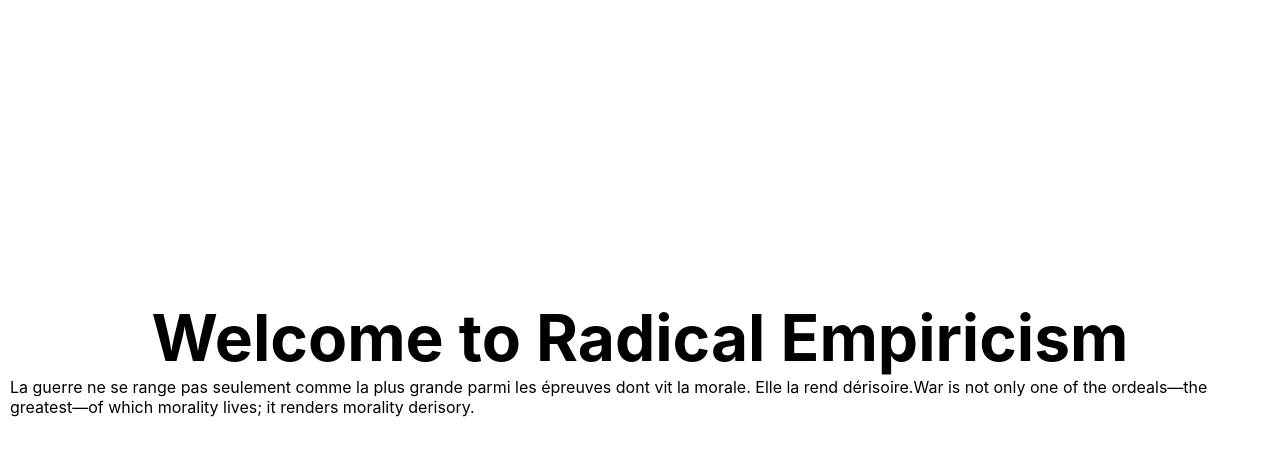
Repository: mcverter/EthicalPataphysicsOfAnarchism
Page: / (app in RadicalEmpiricism/src/nextjs/)
An editor plug-in stored every save of this project. The page is shown before and after the next save, followed by the edit.
The browser window is 1280 px wide. The pictures show the whole page.
The project was rebuilt for these pictures with package versions that can differ from the ones it lists, and the page was loaded fresh each time. The framework's server and built-in components were replaced by stand-ins that run in the browser. Also part of the build but not shown: RadicalEmpiricism/src/nextjs/components/TranslationCell.jsx.

Above is the page before, as saved 2022-01-08 18:22:50.

### RadicalEmpiricism/src/nextjs/pages/index.js
import React, { useEffect, useState } from "react";
import Head from "next/head";
import styles from "../styles/Home.module.css";
import axios from "axios";
import { tiFrench } from "../data/sentences/TIFrenchSentences";
import { tiEnglish } from "../data/sentences/TIEnglishSentences";
import { TranslationRow } from "../components/TranslationCell";

let ROOT_URL = "http://localhost:8080/src/data/sentences/";
let TIFrenchSentences, TIEnglishSentences;

export default function Home() {
  //useEffect(() => fetchSentences());
  const [frenchTISentences, setFrenchTISentences] = useState(
    tiFrench.split("\n")
  );
  const [englishTISentences, setEnglishTISentences] = useState(
    tiEnglish.split("\n")
  );
  console.log(tiFrench, frenchTISentences);
  console.log(tiEnglish, englishTISentences);

  const fetchSentences = () => {
    axios({
      headers: { "Access-Control-Allow-Origin": "*" },
      method: "get",
      url: `${ROOT_URL}TIFrenchSentences.txt`,
    })
      .then(function (response) {
        TIFrenchSentences = response.data.split("\n");
        setFrenchTISentences(TIFrenchSentences);
        debugger;
      })
      .catch((err) => console.error("err", err));
    axios({
      headers: { "Access-Control-Allow-Origin": "*" },
      method: "get",
      url: `${ROOT_URL}TIEnglishSentences.txt`,
    })
      .then(function (response) {
        TIEnglishSentences = response.data.split("\n");
        setEnglishTISentences(TIEnglishSentences);
        debugger;
      })
      .catch((err) => console.error("err", err));
  };

  return (
    <div className={styles.container}>
      <Head>
        <title>Hello Levinas Scholars</title>
      </Head>
      <main>
        <h1 className={styles.title}>Welcome to Radical Empiricism</h1>
        {frenchTISentences &&
          frenchTISentences.length > 0 &&
          englishTISentences &&
          englishTISentences.length > 0 && (
            <table>
              {[...Array(100).keys()].forEach((idx) => (
                <TranslationRow
                  idx={idx}
                  book={"ti"}
                  english={englishTISentences[idx]}
                  french={frenchTISentences[idx]}
                />
              ))}
              <div>
                {frenchTISentences[5]}
                {englishTISentences[5]}
              </div>
            </table>
          )}
      </main>
    </div>
  );
}

Loaded but not shown: RadicalEmpiricism/src/nextjs/pages/_app.js (common file); RadicalEmpiricism/src/nextjs/styles/globals.css (common file); RadicalEmpiricism/src/nextjs/styles/Home.module.css (common file); RadicalEmpiricism/src/nextjs/data/sentences/TIFrenchSentences.js (library); RadicalEmpiricism/src/nextjs/data/sentences/TIEnglishSentences.js (library)

After the next save:
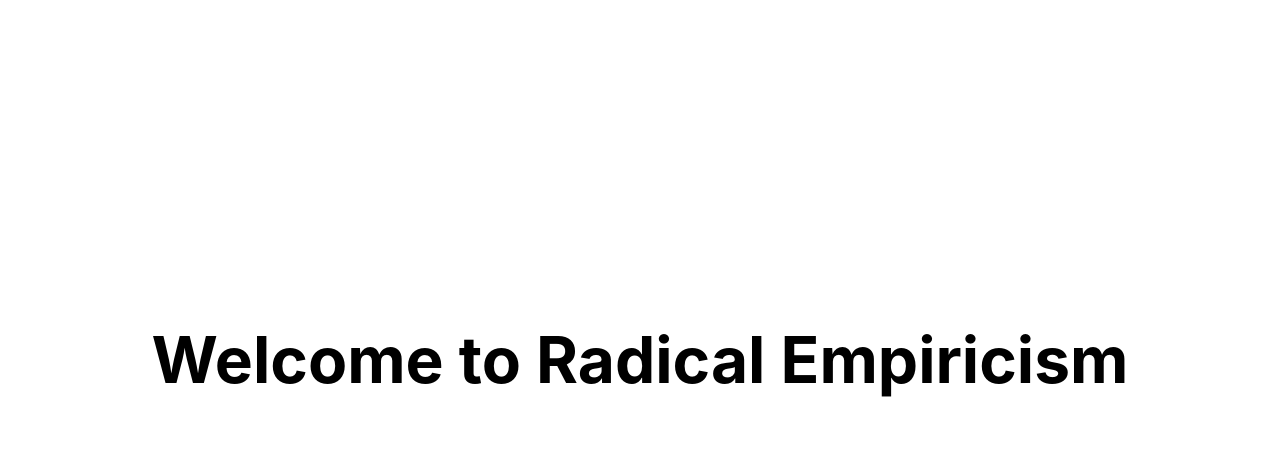
Saved 85 s later.
--- a/RadicalEmpiricism/src/nextjs/pages/index.js
+++ b/RadicalEmpiricism/src/nextjs/pages/index.js
@@ -65,10 +65,6 @@ export default function Home() {
                   french={frenchTISentences[idx]}
                 />
               ))}
-              <div>
-                {frenchTISentences[5]}
-                {englishTISentences[5]}
-              </div>
             </table>
           )}
       </main>
